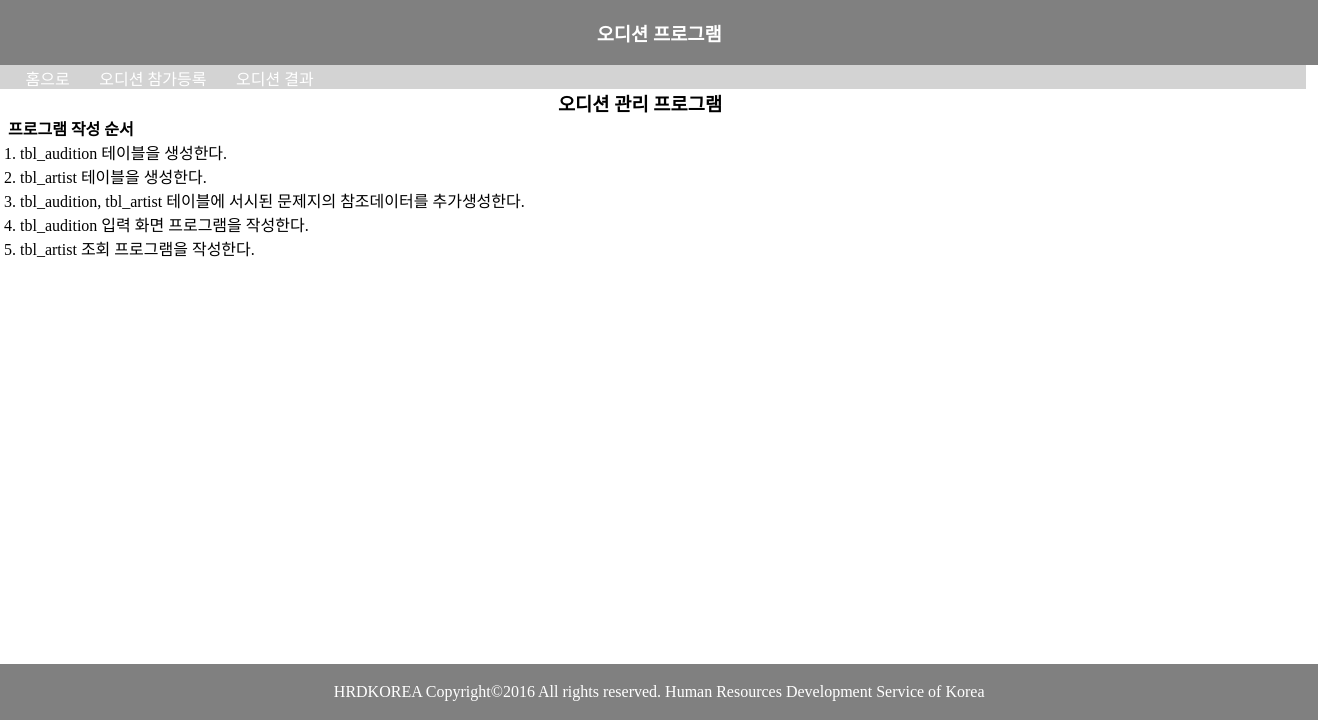
Repository: jieun000/Craftsman_Information_Processing
Page: http://localhost/Test/main.jsp
The author's editor kept a copy of each file at every save. The page is drawn from the files as they stood at one save, then again after the next save.
The browser window is 1280 px wide. The page is 1318 px wide, so the pictures cover 1318 px, including what lies to the right of the window. The pictures show the whole page.
The page is served by Tomcat 9.

Above is the page before, as saved 2023-09-06 01:29:06.

After the next save:
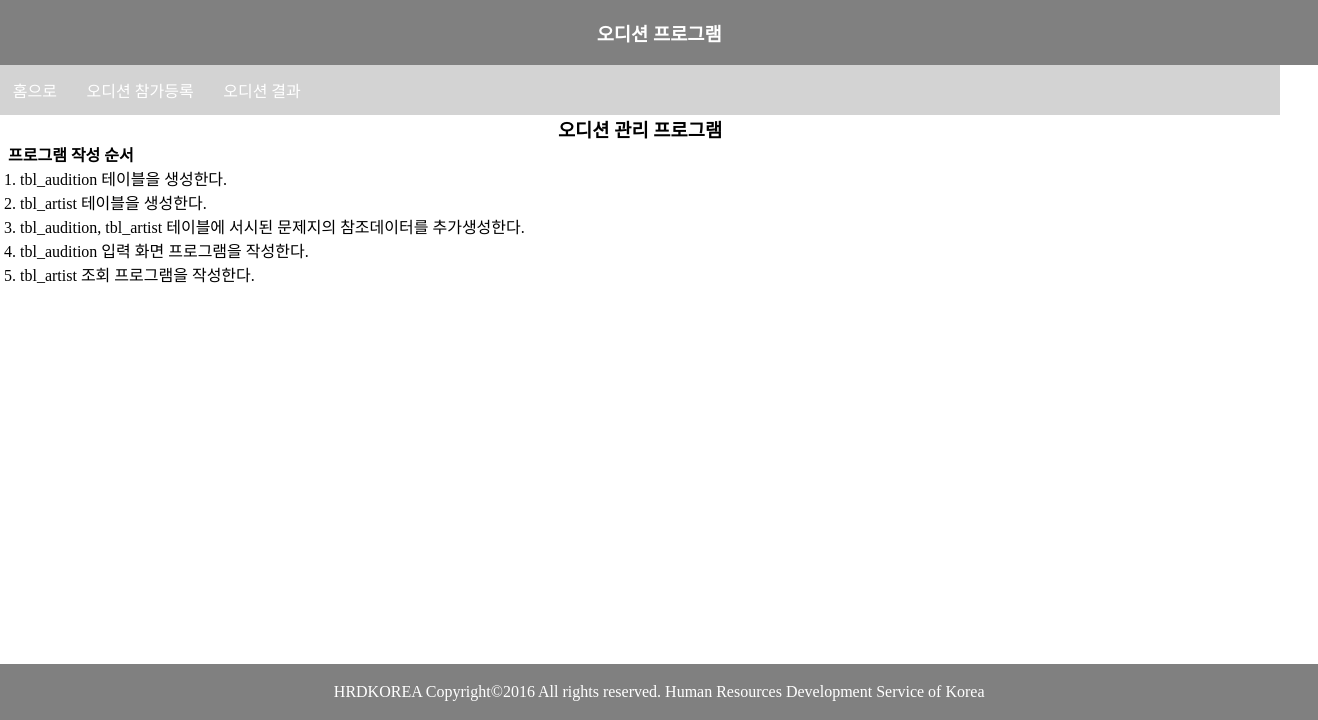
Saved 6 s later.
--- a/02_study/Test/src/main/webapp/main.jsp
+++ b/02_study/Test/src/main/webapp/main.jsp
@@ -15,7 +15,7 @@ nav > a:hover { background: gray; }
 	<header style="background: gray; color: white; text-align: center; width: 100%; padding: 1.5%;">
 		<h3>오디션 프로그램</h3>
 	</header>
-	<nav style="background: lightgray; width: 100%; padding: 0 1%;">
+	<nav style="background: lightgray; width: 100%; padding: 1% 0;">
 		<a href="main.jsp">홈으로</a>
 		<a href="joinForm.jsp">오디션 참가등록</a>
 		<a href="result.jsp">오디션 결과</a>
